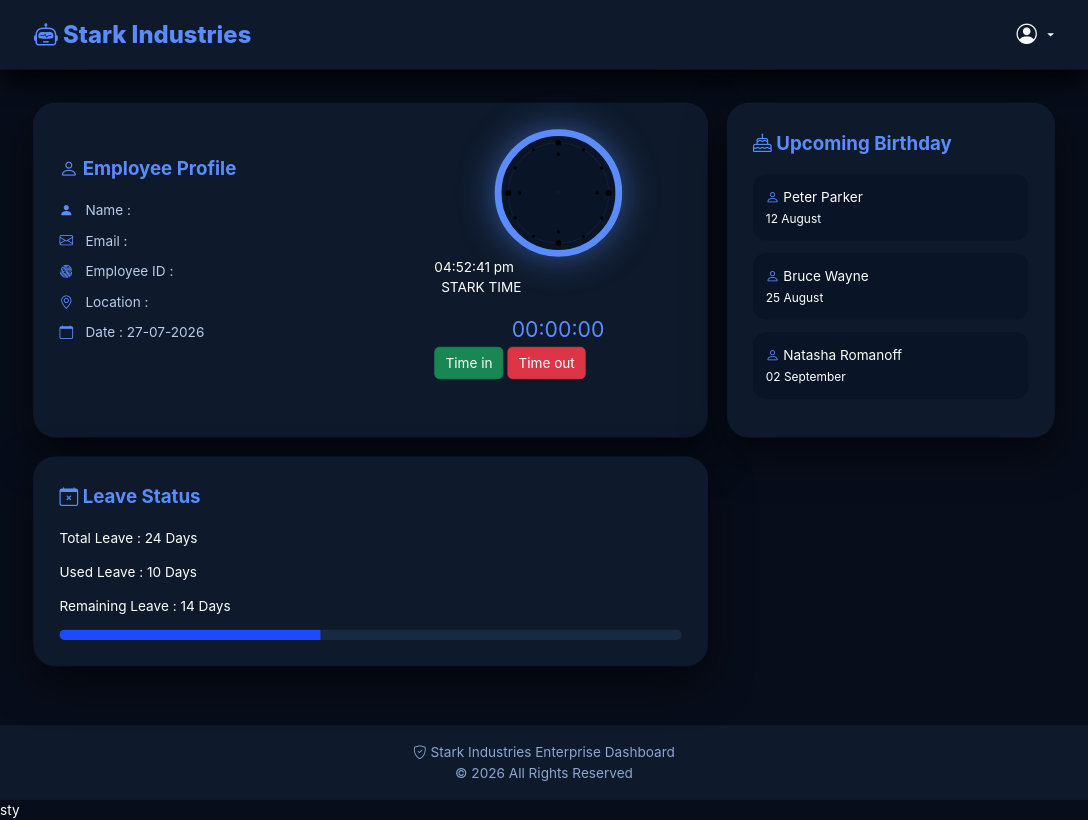
Repository: abhinav050799/office-management-
Page: resources/views/dashboard.blade.php
The author's editor kept a copy of each file at every save. The page is drawn from the files as they stood at one save, then again after a run of saves.
The browser window is 1280 px wide. The pictures show the whole page, at 85% of full size.
The page is served by the project's Laravel application, run on PHP 8.4 with Laravel 12. Other server files are loaded and not shown. The template is opened directly, without the code that normally fills it, so the values that code supplies are empty.

Above is the page before, as saved 2026-07-27 17:11:28.

### routes/web.php
<?php

use Illuminate\Support\Facades\Route;
use App\Http\Controllers\UserController;
Route::get('/', function () {
    return view('welcome');
});

Route::controller(UserController::class)->group(function(){
Route::get('/login', 'loginForm')->name('login');
Route::get('/register', 'registerForm')->name('register');
Route::post('/registeruser', 'register')->name('registeruser');
Route::post('/loginUser', 'login')->name('loginUser');
Route::get('/dashboard','dashboard')->name('dashboard');
Route::post('/logout', 'logout')->name('logout');
Route::get('/profile', 'profile')->name('profile');
Route::post('/profileUpdate', 'profileUpdate')->name('profileUpdate');
});

### resources/views/dashboard.blade.php
@include('layout.header')


    <!-- DASHBOARD -->


    <div class="dashboard">


        <div class="row g-4">


            <!-- LEFT USER BOX -->


            <div class="col-lg-8">


                <div class="card-box">


                    <div class="row align-items-center">


                        <!-- USER DETAILS -->

                        <div class="col-md-7">


                            <div class="title">

                                <i class="bi bi-person"></i>
                                Employee Profile

                            </div>


                            <div class="user-detail">


                                <p>
                                    <i class="bi bi-person-fill"></i>
                                    Name : {{ $data->name }}
                                </p>


                                <p>
                                    <i class="bi bi-envelope"></i>
                                    Email : {{ $data->email }}
                                </p>


                                <p>
                                    <i class="bi bi-fingerprint"></i>
                                    Employee ID : {{ $data->account_id }}
                                </p>


                                <p>
                                    <i class="bi bi-geo-alt"></i>
                                    Location : {{ $data->address }}
                                </p>


                                <p>
                                    <i class="bi bi-calendar"></i>
                                    Date : {{ now()->format('d-m-Y') }}
                                </p>


                            </div>


                        </div>



                        <!-- WATCH -->


                        <div class="col-md-5">


                            <!-- <div class="watch">




                            </div> -->

                            <div class="clock-card">

    <!-- MODERN WATCH FACE (SVG) -->
    <div class="watch" id="watchFace">
      <svg viewBox="0 0 100 100" class="clock-svg" id="clockSvg">
        <!-- HOUR MARKERS (12, 3, 6, 9) -->
        <circle cx="50" cy="50" r="44" fill="none" stroke="rgba(91,140,255,0.08)" stroke-width="1"/>

        <!-- 12 major markers (only 4 are big, rest small) -->
        <g id="markers">
          <!-- will be generated by JS but we can hardcode a few for demo -->
          <circle cx="50" cy="6" r="2.5" class="marker-major"/>
          <circle cx="50" cy="94" r="2.5" class="marker-major"/>
          <circle cx="6" cy="50" r="2.5" class="marker-major"/>
          <circle cx="94" cy="50" r="2.5" class="marker-major"/>

          <!-- minor markers (approx) -->
          <circle cx="50" cy="16" r="1.5" class="marker"/>
          <circle cx="50" cy="84" r="1.5" class="marker"/>
          <circle cx="16" cy="50" r="1.5" class="marker"/>
          <circle cx="84" cy="50" r="1.5" class="marker"/>

          <circle cx="72" cy="12" r="1.5" class="marker"/>
          <circle cx="28" cy="12" r="1.5" class="marker"/>
          <circle cx="72" cy="88" r="1.5" class="marker"/>
          <circle cx="28" cy="88" r="1.5" class="marker"/>

          <circle cx="88" cy="28" r="1.5" class="marker"/>
          <circle cx="88" cy="72" r="1.5" class="marker"/>
          <circle cx="12" cy="28" r="1.5" class="marker"/>
          <circle cx="12" cy="72" r="1.5" class="marker"/>
        </g>

        <!-- HANDS (they rotate around 50,50) -->
        <!-- HOUR hand -->
        <line x1="50" y1="50" x2="50" y2="28" class="hand hour-hand" id="hourHand"/>
        <!-- MINUTE hand -->
        <line x1="50" y1="50" x2="50" y2="20" class="hand minute-hand" id="minuteHand"/>
        <!-- SECOND hand -->
        <line x1="50" y1="50" x2="50" y2="14" class="hand second-hand" id="secondHand"/>

        <!-- center cap -->
        <circle cx="50" cy="50" class="center-dot"/>
        <circle cx="50" cy="50" r="2" fill="#0e1a2b"/> <!-- inner dot for depth -->
      </svg>
    </div>

    <!-- DIGITAL TIME (matches your .time style but upgraded) -->
    <div class="digital-time" id="clock">00:00:00</div>
    <div class="clock-label">
      <i class="fas fa-clock" style="color: #5b8cff; margin-right: 8px;"></i> STARK TIME
    </div>

  </div>


                            <div class="time" id="clock">

                                00:00:00

                            </div>

                            <div class="timeinout">
                                <button class="btn btn-success">Time in</button>
                                <button class="btn btn-danger">Time out </button>
                            </div>


                        </div>


                    </div>


                </div>



            </div>





            <!-- RIGHT BIRTHDAY BOX -->


            <div class="col-lg-4">


                <div class="card-box">


                    <div class="title">

                        <i class="bi bi-cake"></i>

                        Upcoming Birthday

                    </div>



                    <div class="employee">

                        <i class="bi bi-person"></i>

                        Peter Parker

                        <br>

                        <small>

                            12 August

                        </small>

                    </div>



                    <div class="employee">

                        <i class="bi bi-person"></i>

                        Bruce Wayne

                        <br>

                        <small>

                            25 August

                        </small>

                    </div>



                    <div class="employee">

                        <i class="bi bi-person"></i>

                        Natasha Romanoff

                        <br>

                        <small>

                            02 September

                        </small>

                    </div>



                </div>


            </div>




            <!-- LEAVE STATUS -->


            <div class="col-lg-8">


                <div class="card-box">


                    <div class="title">

                        <i class="bi bi-calendar-x"></i>

                        Leave Status

                    </div>


                    <p>
                        Total Leave : 24 Days
                    </p>


                    <p>
                        Used Leave : 10 Days
                    </p>


                    <p>
                        Remaining Leave : 14 Days
                    </p>



                    <div class="progress">

                        <div class="progress-bar" style="width:42%">

                        </div>

                    </div>


                </div>


            </div>





        </div>


    </div>




@include('layout.footer')





    <script>


        function clock() {

            let date = new Date();

            // let time = date.toLocaleTimeString();
  let time = date.toLocaleTimeString('en-IN', {
        hour: '2-digit',
        minute: '2-digit',
        second: '2-digit',
        hour12: true
    });

            document.getElementById("clock").innerHTML = time;


        }


        setInterval(clock, 1000);


        clock();


    </script>


sty
<script src="https://cdn.jsdelivr.net/npm/bootstrap@5.3.2/dist/js/bootstrap.bundle.min.js"></script>


</body>

</html>

### resources/views/layout/header.blade.php
<!DOCTYPE html>
<html lang="en">

<head>
    <meta charset="UTF-8">
    <meta name="viewport" content="width=device-width, initial-scale=1.0">

    <title>Stark Industries Dashboard</title>

    <link href="https://cdn.jsdelivr.net/npm/bootstrap@5.3.2/dist/css/bootstrap.min.css" rel="stylesheet">

    <link href="https://cdn.jsdelivr.net/npm/bootstrap-icons@1.11.3/font/bootstrap-icons.css" rel="stylesheet">

    <style>
        * {
            margin: 0;
            padding: 0;
            box-sizing: border-box;
        }

        body {
            font-family: 'Inter', sans-serif;
            background: #070d1a;
            color: #fff;
            min-height: 100vh;
        }


        /* HEADER */

        .header {
            background: #0e1a2b;
            padding: 20px 40px;
            box-shadow: 0 10px 30px #000;
        }

        .logo {
            font-size: 28px;
            font-weight: 800;
            color: #5b8cff;
        }

        .header a {
            color: #9bb2d9;
            text-decoration: none;
        }


        /* MAIN */

        .dashboard {
            padding: 40px;
        }


        /* CARDS */

        .card-box {

            background: #0e1a2b;
            border-radius: 25px;
            padding: 30px;

            box-shadow:
                0 20px 50px rgba(0, 0, 0, .6),
                0 0 0 1px rgba(91, 140, 255, .15);

            height: 100%;
        }


        .title {

            color: #5b8cff;
            font-size: 22px;
            font-weight: 700;

            margin-bottom: 20px;

        }


        /* USER */

        .user-detail p {

            color: #b8cbea;
            margin-bottom: 12px;

        }


        .user-detail i {

            color: #5b8cff;
            margin-right: 10px;

        }


        /* WATCH */

        .watch {

            width: 150px;
            height: 150px;

            border-radius: 50%;

            background: #091426;

            border: 8px solid #5b8cff;

            display: flex;
            justify-content: center;
            align-items: center;

            margin: auto;

            font-size: 40px;

            box-shadow:
                0 0 40px rgba(91, 140, 255, .5);

        }


        .time {

            text-align: center;

            margin-top: 20px;

            font-size: 25px;

            color: #5b8cff;

        }


        /* BIRTHDAY */


        .employee {

            background: #091426;

            padding: 15px;

            border-radius: 15px;

            margin-bottom: 15px;

        }


        .employee i {

            color: #5b8cff;

        }



        /* LEAVE */


        .progress {

            height: 12px;

            background: #182942;

        }

        .progress-bar {

            background: #1b4bff;

        }


        /* FOOTER */


        .footer {

            background: #0e1a2b;

            padding: 20px;

            text-align: center;

            color: #8ba6d0;

            margin-top: 30px;

        }


        @media(max-width:768px) {

            .dashboard {
                padding: 20px;
            }

            .header {
                padding: 20px;
            }

        }
        .dropdown-menu{
    background:#0e1a2b;
    border:1px solid rgba(91,140,255,.2);
    border-radius:15px;
    padding:10px;
}

.dropdown-item{
    color:#bdd2f5;
    border-radius:10px;
}

.dropdown-item:hover{
    background:#1b4bff;
    color:white;
}

    </style>

</head>


<body>


    <!-- HEADER -->

    <header class="header">

        <div class="d-flex justify-content-between align-items-center">

            <div class="logo">

                <i class="bi bi-robot"></i>
                Stark Industries

            </div>


            <div class="dropdown">

                <a class="dropdown-toggle text-decoration-none text-light d-flex align-items-center gap-2" href="#"
                    role="button" data-bs-toggle="dropdown" aria-expanded="false">

                    <i class="bi bi-person-circle fs-4"></i>

                    {{ session('username') }}

                </a>


                <ul class="dropdown-menu dropdown-menu-end">

                    <li>
                        <a class="dropdown-item" href="{{ url('profile') }}">
                            <i class="bi bi-gear me-2"></i>
                            Settings
                        </a>
                    </li>


                    <li>
                        <hr class="dropdown-divider">
                    </li>


                    <li>

                        <form method="POST" action="{{ route('logout') }}">

                            @csrf

                            <button type="submit" class="dropdown-item text-danger">

                                <i class="bi bi-box-arrow-right me-2"></i>
                                Logout

                            </button>

                        </form>

                    </li>


                </ul>

            </div>


        </div>

    </header>

### resources/views/layout/footer.blade.php
    <!-- FOOTER -->


    <footer class="footer">


        <i class="bi bi-shield-check"></i>

        Stark Industries Enterprise Dashboard

        <br>

        © 2026 All Rights Reserved


    </footer>

After the next 2 saves:
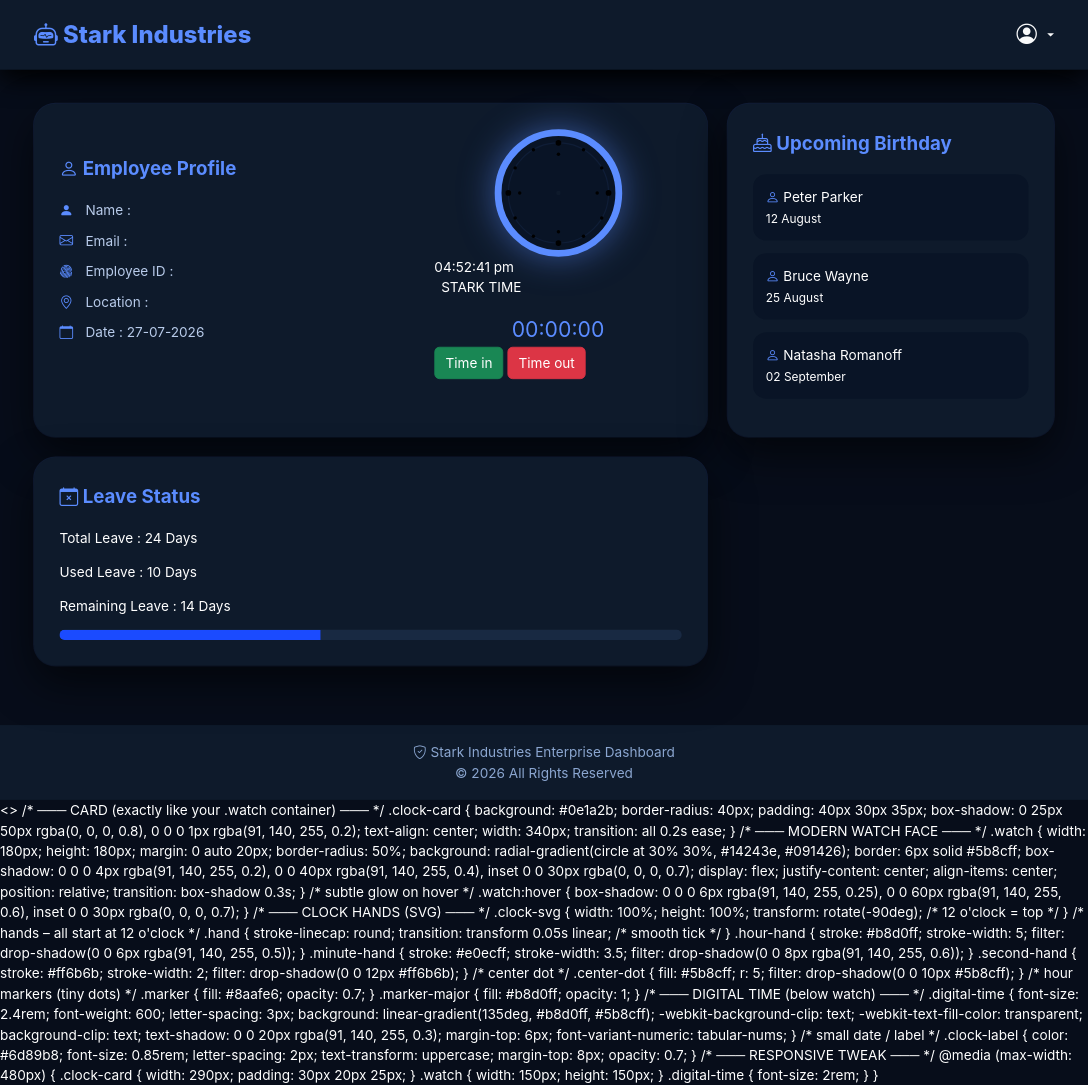
The 2 saves are shown as one change because they came seconds apart.
The last was saved 6 s later.
--- a/resources/views/dashboard.blade.php
+++ b/resources/views/dashboard.blade.php
@@ -349,7 +349,133 @@
     </script>
 
 
-sty
+<>
+
+    /* ─── CARD (exactly like your .watch container) ─── */
+    .clock-card {
+      background: #0e1a2b;
+      border-radius: 40px;
+      padding: 40px 30px 35px;
+      box-shadow: 0 25px 50px rgba(0, 0, 0, 0.8), 0 0 0 1px rgba(91, 140, 255, 0.2);
+      text-align: center;
+      width: 340px;
+      transition: all 0.2s ease;
+    }
+
+    /* ─── MODERN WATCH FACE ─── */
+    .watch {
+      width: 180px;
+      height: 180px;
+      margin: 0 auto 20px;
+      border-radius: 50%;
+      background: radial-gradient(circle at 30% 30%, #14243e, #091426);
+      border: 6px solid #5b8cff;
+      box-shadow:
+        0 0 0 4px rgba(91, 140, 255, 0.2),
+        0 0 40px rgba(91, 140, 255, 0.4),
+        inset 0 0 30px rgba(0, 0, 0, 0.7);
+      display: flex;
+      justify-content: center;
+      align-items: center;
+      position: relative;
+      transition: box-shadow 0.3s;
+    }
+
+    /* subtle glow on hover */
+    .watch:hover {
+      box-shadow:
+        0 0 0 6px rgba(91, 140, 255, 0.25),
+        0 0 60px rgba(91, 140, 255, 0.6),
+        inset 0 0 30px rgba(0, 0, 0, 0.7);
+    }
+
+    /* ─── CLOCK HANDS (SVG) ─── */
+    .clock-svg {
+      width: 100%;
+      height: 100%;
+      transform: rotate(-90deg);   /* 12 o'clock = top */
+    }
+
+    /* hands – all start at 12 o'clock */
+    .hand {
+      stroke-linecap: round;
+      transition: transform 0.05s linear;  /* smooth tick */
+    }
+
+    .hour-hand {
+      stroke: #b8d0ff;
+      stroke-width: 5;
+      filter: drop-shadow(0 0 6px rgba(91, 140, 255, 0.5));
+    }
+
+    .minute-hand {
+      stroke: #e0ecff;
+      stroke-width: 3.5;
+      filter: drop-shadow(0 0 8px rgba(91, 140, 255, 0.6));
+    }
+
+    .second-hand {
+      stroke: #ff6b6b;
+      stroke-width: 2;
+      filter: drop-shadow(0 0 12px #ff6b6b);
+    }
+
+    /* center dot */
+    .center-dot {
+      fill: #5b8cff;
+      r: 5;
+      filter: drop-shadow(0 0 10px #5b8cff);
+    }
+
+    /* hour markers (tiny dots) */
+    .marker {
+      fill: #8aafe6;
+      opacity: 0.7;
+    }
+    .marker-major {
+      fill: #b8d0ff;
+      opacity: 1;
+    }
+
+    /* ─── DIGITAL TIME (below watch) ─── */
+    .digital-time {
+      font-size: 2.4rem;
+      font-weight: 600;
+      letter-spacing: 3px;
+      background: linear-gradient(135deg, #b8d0ff, #5b8cff);
+      -webkit-background-clip: text;
+      -webkit-text-fill-color: transparent;
+      background-clip: text;
+      text-shadow: 0 0 20px rgba(91, 140, 255, 0.3);
+      margin-top: 6px;
+      font-variant-numeric: tabular-nums;
+    }
+
+    /* small date / label */
+    .clock-label {
+      color: #6d89b8;
+      font-size: 0.85rem;
+      letter-spacing: 2px;
+      text-transform: uppercase;
+      margin-top: 8px;
+      opacity: 0.7;
+    }
+
+    /* ─── RESPONSIVE TWEAK ─── */
+    @media (max-width: 480px) {
+      .clock-card {
+        width: 290px;
+        padding: 30px 20px 25px;
+      }
+      .watch {
+        width: 150px;
+        height: 150px;
+      }
+      .digital-time {
+        font-size: 2rem;
+      }
+    }
+</style>
 <script src="https://cdn.jsdelivr.net/npm/bootstrap@5.3.2/dist/js/bootstrap.bundle.min.js"></script>
 
 
